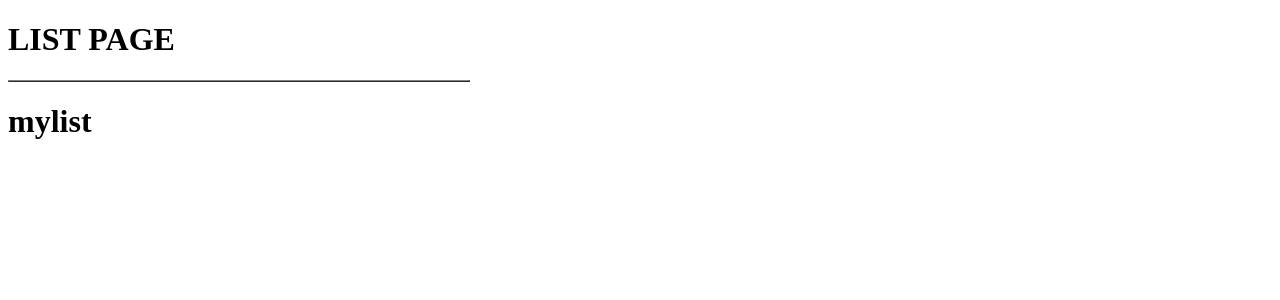
Repository: alstja98/Jsp-Servlet-
Page: http://localhost/Jsp01_MyBoard/
An editor plug-in stored every save of this project. The page is shown before and after the next save, followed by the edit.
The browser window is 1280 px wide. The pictures show the whole page.
The page is served by Tomcat 9. Queries for data that is not in the repository find no rows.

Above is the page before, as saved 2022-05-25 06:16:32.

After the next save:
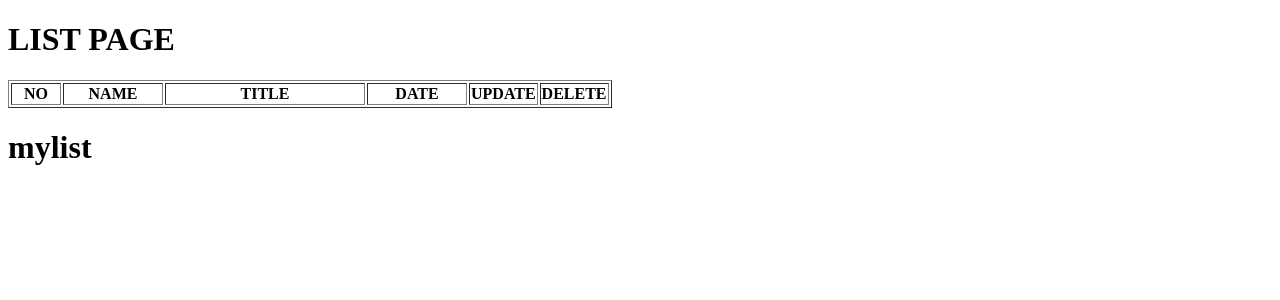
Saved 84 s later.
--- a/Jsp01_MyBoard/WebContent/mylist.jsp
+++ b/Jsp01_MyBoard/WebContent/mylist.jsp
@@ -24,6 +24,14 @@
 		<col width="100px">
 		<col width="200px">
 		<col width="100px">
+		<tr>
+			<th>NO</th>
+			<th>NAME</th>
+			<th>TITLE</th>
+			<th>DATE</th>
+			<th>UPDATE</th>
+			<th>DELETE</th>
+		</tr>
 	</table>
 
 <body>
